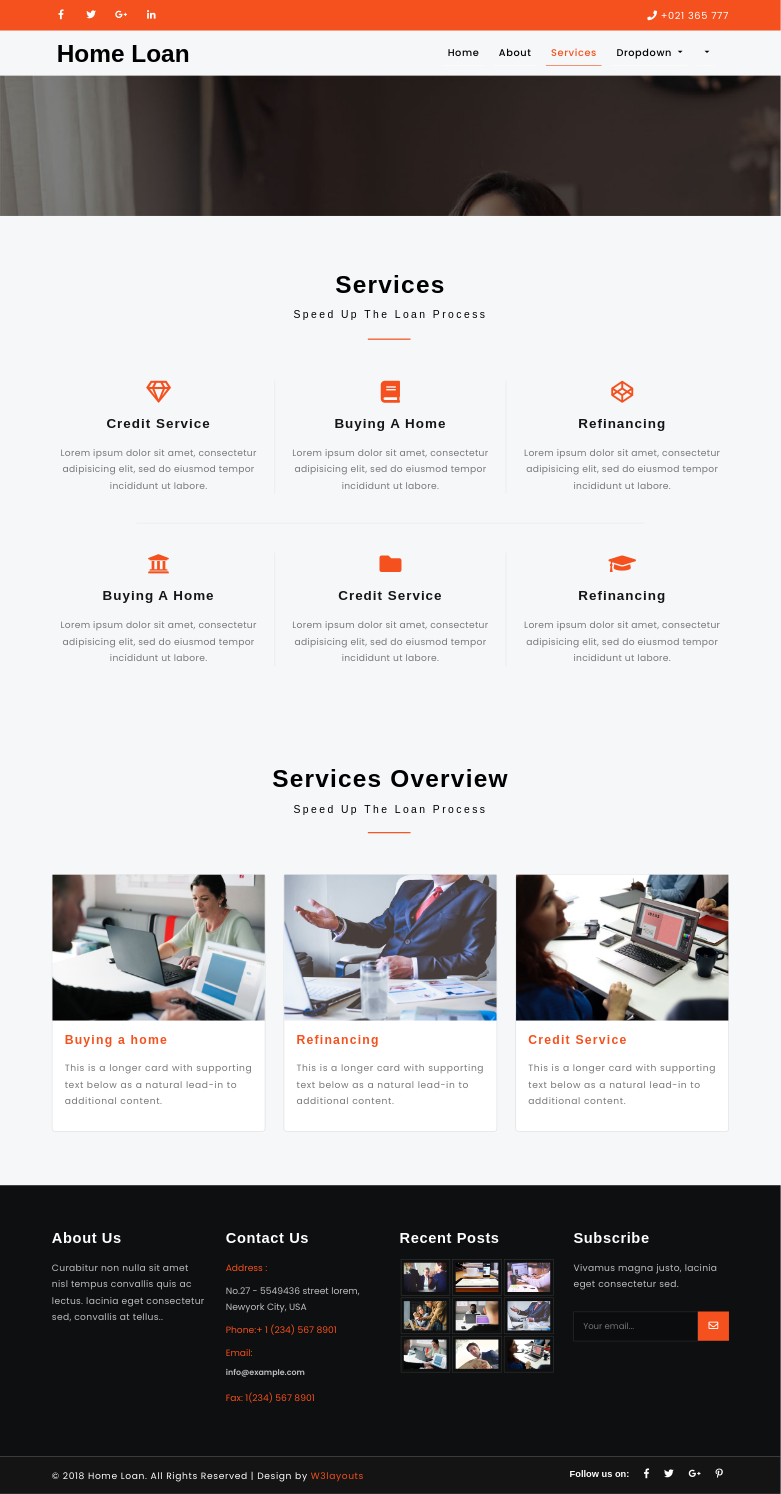
Repository: 72-faisal/Spring-MVC-project
Page: http://localhost/HomeLoan/WEB-INF/views/services.jsp
These files come from the project's save history. The page is drawn as it stood at one moment and after the next save; the edit follows.
The browser window is 1280 px wide. The pictures show the whole page, at 61% of full size.
Some web fonts or font styles are not loaded; a fallback is used. The page is served by Tomcat 9. Nobody is signed in. Other server files are loaded and not shown. The template is opened directly, without the code that normally fills it, so the values that code supplies are empty.

Above is the page before, as saved 2023-12-28 05:26:50.

### HomeLoan/src/main/webapp/WEB-INF/views/services.jsp
<%@ page language="java" contentType="text/html; charset=ISO-8859-1"
    pageEncoding="ISO-8859-1"%>
<%@ page isELIgnored="false" %>
<!--
Author: W3layouts
Author URL: http://w3layouts.com
License: Creative Commons Attribution 3.0 Unported
License URL: http://creativecommons.org/licenses/by/3.0/
-->
<!DOCTYPE HTML>
<html lang="zxx">

<head>
	<title>Home Loan a Banking Category Flat Bootstrap Responsive Website Template | Services :: w3layouts</title>
	<meta name="viewport" content="width=device-width, initial-scale=1">
	<meta charset="utf-8">
	<meta name="keywords" content="Home Loan Responsive web template, Bootstrap Web Templates, Flat Web Templates, Android Compatible web template,
SmartPhone Compatible web template, free WebDesigns for Nokia, Samsung, LG, SonyEricsson, Motorola web design" />
	<script>
		addEventListener("load", function () {
			setTimeout(hideURLbar, 0);
		}, false);

		function hideURLbar() {
			window.scrollTo(0, 1);
		}
	</script>

	<!-- Bootstrap Core CSS -->
	<link href="<%= request.getContextPath() %>/resources/css/bootstrap.css" rel='stylesheet' type='text/css' />
	<link href="<%= request.getContextPath() %>/resources/css/style.css" rel='stylesheet' type='text/css' />
	<!-- font-awesome icons -->
	<link href="<%= request.getContextPath() %>/resources/css/fontawesome-all.min.css" rel="stylesheet">
	<!-- //Custom Theme files -->
	<!-- online fonts -->
	<!-- titles -->
	<link href="//fonts.googleapis.com/css?family=Raleway:300,400,500,600,700,800,900" rel="stylesheet">
	<!-- body -->
	<link href="//fonts.googleapis.com/css?family=Poppins:400,500,600,700,800" rel="stylesheet">
</head>

<body>

	<!-- header -->
	<header>
	<div class="top">
			<div class="container">
				<div class="t-op row">
					<div class="col-sm-6 top-middle">
						<ul>
							<li><a href="#"><i class="fab fa-facebook-f"></i></a></li>
							<li><a href="#"><i class="fab fa-twitter"></i></a></li>
							<li><a href="#"><i class="fab fa-google-plus-g"></i></a></li>
							<li><a href="#"><i class="fab fa-linkedin-in"></i></a></li>
						</ul>
					</div>
					<div class="col-sm-6 top-left">
						<ul>
							<li><i class="fas fa-phone"></i> +021 365 777</li>
						</ul>
					</div>
				</div>
			</div>
		</div>
		<div class="container">
			<nav class="navbar navbar-expand-lg navbar-light">
				<h1>
					<a class="navbar-brand text-capitalize" href="index">
						Home Loan
					</a>
				</h1>
				<button class="navbar-toggler" type="button" data-toggle="collapse" data-target="#navbarSupportedContent" aria-controls="navbarSupportedContent"
				    aria-expanded="false" aria-label="Toggle navigation">
					<span class="navbar-toggler-icon"></span>
				</button>

				<div class="collapse navbar-collapse" id="navbarSupportedContent">
					<ul class="navbar-nav text-center  ml-lg-auto">
						<li class="nav-item mr-3">
							<a class="nav-link" href="index">Home
								<span class="sr-only">(current)</span>
							</a>
						</li>
						<li class="nav-item  mr-3">
							<a class="nav-link" href="about">About</a>
						</li>
						<li class="nav-item  active mr-3">
							<a class="nav-link" href="services">Services</a>
						</li>
						<li class="nav-item dropdown mr-3">
							<a class="nav-link dropdown-toggle" href="#" id="navbarDropdown" role="button" data-toggle="dropdown" aria-haspopup="true"
							    aria-expanded="false">
								Dropdown
							</a>
							<div class="dropdown-menu" aria-labelledby="navbarDropdown">
								<a class="dropdown-item" href="typography">Typography</a>
								<a class="dropdown-item" href="gallery">Gallery</a>
							</div>
						</li>
						<li class="nav-item dropdown mr-3">
							<a class="nav-link dropdown-toggle" href="#" id="navbarDropdown" role="button" data-toggle="dropdown" aria-haspopup="true"
							    aria-expanded="false">
								${user.name }
							</a>
							<div class="dropdown-menu" aria-labelledby="navbarDropdown">
								<a class="dropdown-item" href="UserProfile">Profile</a>
								<a class="dropdown-item" href="UserChangePassword">Change Password</a>
								<a class="dropdown-item" href="UserLogout">Logout</a>
							</div>
						</li>
					<!-- 	<li class="nav-item">
							<a class="nav-link" href="contact">contact</a>
						</li> -->
					</ul>
				</div>
			</nav>
		</div>
	</header>
	<!-- //header -->
	<!-- banner -->
	<section class="banner-1">
	</section>
	<!-- //banner -->
		<!-- /services -->
<section class="what_you w3-about py-5">
		<div class="container py-md-4 mt-md-3">
			<h2 class="heading-agileinfo">Services <span>Speed Up The Loan Process</span></h2>
			<span class="w3-line black"></span>
			<div class="row about-info-grids mt-md-5 pt-5">
				<div class="col-md-4 about-info about-info1">
					<i class="far fa-gem"></i>
					<h4>Credit Service</h4>
					<div class="h4-underline"></div>
					<p>Lorem ipsum dolor sit amet, consectetur adipisicing elit, sed do eiusmod tempor incididunt ut labore.</p>
				</div>
				<div class="col-md-4 about-info about-info2">
					<i class="fas fa-book"></i>
					<h4>Buying a home</h4>
					<div class="h4-underline"></div>
					<p>Lorem ipsum dolor sit amet, consectetur adipisicing elit, sed do eiusmod tempor incididunt ut labore.</p>
				</div>
				<div class="col-md-4 about-info about-info3">
					<i class="fab fa-codepen"></i>
					<h4>Refinancing</h4>
					<div class="h4-underline"></div>
					<p>Lorem ipsum dolor sit amet, consectetur adipisicing elit, sed do eiusmod tempor incididunt ut labore.</p>
				</div>
			</div>
			<div class="bord"></div>
			<div class="row about-info-grids">
				<div class="col-md-4 about-info about-info1">
					<i class="fas fa-university"></i>
					<h4>Buying a home</h4>
					<div class="h4-underline"></div>
					<p>Lorem ipsum dolor sit amet, consectetur adipisicing elit, sed do eiusmod tempor incididunt ut labore.</p>
				</div>
				<div class="col-md-4 about-info about-info2">
					<i class="fas fa-folder"></i>
					<h4>Credit Service</h4>
					<div class="h4-underline"></div>
					<p>Lorem ipsum dolor sit amet, consectetur adipisicing elit, sed do eiusmod tempor incididunt ut labore.</p>
				</div>
				<div class="col-md-4 about-info about-info3">
					<i class="fas fa-graduation-cap"></i>
					<h4>Refinancing</h4>
					<div class="h4-underline"></div>
					<p>Lorem ipsum dolor sit amet, consectetur adipisicing elit, sed do eiusmod tempor incididunt ut labore.</p>
				</div>
			</div>
	</div>
</section>

<!-- //services -->
<!-- news -->
	<section class="wthree-row w3-about py-5">
		<div class="container py-md-4 mt-md-3">
			<h3 class="heading-agileinfo">Services Overview <span>Speed Up The Loan Process</span></h3>
			<span class="w3-line black"></span>
			<div class="card-deck mt-md-5 pt-5">
				  <div class="card">
					<img src="<%= request.getContextPath() %>/resources/images/g7.jpg" class="img-fluid" alt="Card image cap">
					<div class="card-body w3ls-card">
					  <h5 class="card-title">Buying a home</h5>
					  <p class="card-text mb-3 ">This is a longer card with supporting text below as a natural lead-in to additional content.</p>
					</div>

				  </div>
				  <div class="card">
					<img src="<%= request.getContextPath() %>/resources/images/g6.jpg" class="img-fluid" alt="Card image cap">
					<div class="card-body w3ls-card">
					  <h5 class="card-title">Refinancing</h5>
					   <p class="card-text mb-3 ">This is a longer card with supporting text below as a natural lead-in to additional content.</p>
					</div>

				  </div>
				  <div class="card">
					<img src="<%= request.getContextPath() %>/resources/images/g8.jpg" class="img-fluid" alt="Card image cap">
					<div class="card-body w3ls-card">
					  <h5 class="card-title">Credit Service</h5>
					   <p class="card-text mb-3">This is a longer card with supporting text below as a natural lead-in to additional content.</p>
					</div>

				  </div>
				</div>
            </div>
        </section>
<!-- //news -->
<!--footer-->
	<footer>
		<div class="container py-md-4 mt-md-3">
			<div class="row footer-top-w3layouts-agile py-5">
				<div class="col-lg-3 col-md-6 col-sm-6 footer-grid">
					<div class="footer-title">
						<h3>About Us</h3>
					</div>
					<div class="footer-text">
						<p>Curabitur non nulla sit amet nisl tempus convallis quis ac lectus. lacinia eget consectetur sed, convallis at tellus..</p>

					</div>
				</div>
				<div class="col-lg-3 col-md-6 col-sm-6 footer-grid">
					<div class="footer-title">
						<h3>Contact Us</h3>
					</div>
					<div class="footer-office-hour">
						<ul>
							<li class="hd">Address :</li>
							<li>No.27 - 5549436 street lorem, Newyork City, USA</li>

						</ul>
						<ul>
							<li class="hd">Phone:+ 1 (234) 567 8901</li>
							<li class="hd">Email:
								<a href="mailto:info@example.com">info@example.com</a>
							</li>
							<li class="hd">Fax: 1(234) 567 8901</li>
						</ul>
					</div>
				</div>
				<div class="col-lg-3 col-md-6 col-sm-6 footer-grid">
					<div class="footer-title">
						<h3>Recent Posts</h3>
					</div>
					<div class="footer-list">
						<div class="flickr-grid">
							<a href="#" data-toggle="modal" data-target="#myModal">
								<img src="<%= request.getContextPath() %>/resources/images/g1.jpg" class="img-fluid" alt=" ">
							</a>
						</div>
						<div class="flickr-grid">
							<a href="#" data-toggle="modal" data-target="#myModal">
								<img src="<%= request.getContextPath() %>/resources/images/g2.jpg" class="img-fluid" alt=" ">
							</a>
						</div>
						<div class="flickr-grid">
							<a href="#" data-toggle="modal" data-target="#myModal">
								<img src="<%= request.getContextPath() %>/resources/images/g3.jpg" class="img-fluid" alt=" ">
							</a>
						</div>
						<div class="flickr-grid">
							<a href="#" data-toggle="modal" data-target="#myModal">
								<img src="<%= request.getContextPath() %>/resources/images/g4.jpg" class="img-fluid" alt=" ">
							</a>
						</div>
						<div class="flickr-grid">
							<a href="#" data-toggle="modal" data-target="#myModal">
								<img src="<%= request.getContextPath() %>/resources/images/g5.jpg" class="img-fluid" alt=" ">
							</a>
						</div>
						<div class="flickr-grid">
							<a href="#" data-toggle="modal" data-target="#myModal">
								<img src="<%= request.getContextPath() %>/resources/images/g6.jpg" class="img-fluid" alt=" ">
							</a>
						</div>
						<div class="flickr-grid">
							<a href="#" data-toggle="modal" data-target="#myModal">
								<img src="<%= request.getContextPath() %>/resources/images/g7.jpg" class="img-fluid" alt=" ">
							</a>
						</div>
						<div class="flickr-grid">
							<a href="#" data-toggle="modal" data-target="#myModal">
								<img src="<%= request.getContextPath() %>/resources/images/g9.jpg" class="img-fluid" alt=" ">
							</a>
						</div>
						<div class="flickr-grid">
							<a href="#" data-toggle="modal" data-target="#myModal">
								<img src="<%= request.getContextPath() %>/resources/images/g8.jpg" class="img-fluid" alt=" ">
							</a>
						</div>
						<div class="clearfix"></div>
					</div>
				</div>
				<div class="col-lg-3 col-md-6 col-sm-6 footer-grid">
					<div class="footer-title">
						<h3>Subscribe</h3>
					</div>
					<p>Vivamus magna justo, lacinia eget consectetur sed.</p>
					<form action="#" method="post" class="newsletter">
						<input class="email" type="email" placeholder="Your email..." required="">
						<button class="btn1">
							<i class="far fa-envelope"></i>
						</button>
					</form>
					<div class="clearfix"></div>
				</div>
			</div>
		</div>
	</footer>
	<!---->
	<div class="copyright py-3">
		<div class="container">
			<div class="copyrighttop">
				<ul>
					<li>
						<h4>Follow us on:</h4>
					</li>
					<li>
						<a class="facebook" href="#">
							<i class="fab fa-facebook-f"></i>
						</a>
					</li>
					<li>
						<a class="facebook" href="#">
							<i class="fab fa-twitter"></i>
						</a>
					</li>
					<li>
						<a class="facebook" href="#">
							<i class="fab fa-google-plus-g"></i>
						</a>
					</li>
					<li>
						<a class="facebook" href="#">
							<i class="fab fa-pinterest-p"></i>
						</a>
					</li>
				</ul>
			</div>
			<div class="copyrightbottom">
				<p>© 2018 Home Loan. All Rights Reserved | Design by
					<a href="http://w3layouts.com/">W3layouts</a>
				</p>
			</div>
			<div class="clearfix"></div>
		</div>
	</div>
	<!-- Modal -->
<div class="modal fade" id="myModal" tabindex="-1" role="dialog" aria-labelledby="exampleModalCenterTitle" aria-hidden="true">
  <div class="modal-dialog modal-dialog-centered" role="document">
    <div class="modal-content">
      <div class="modal-header">
        <h4 class="modal-title">Home Loan</h4>
        <button type="button" class="close" data-dismiss="modal" aria-label="Close">
          <span aria-hidden="true">&times;</span>
        </button>
      </div>
      <div class="modal-body">
		 <div class="agileits-w3layouts-info">
			<img src="<%= request.getContextPath() %>/resources/images/g6.jpg" class="img-fluid" alt="" />
			<p>Duis venenatis, turpis eu bibendum porttitor, sapien quam ultricies tellus, ac rhoncus risus odio eget nunc. Pellentesque ac fermentum diam. Integer eu facilisis nunc, a iaculis felis. Pellentesque pellentesque tempor enim, in dapibus turpis porttitor quis. </p>
		</div>
	</div>
      <div class="modal-footer">
        <button type="button" class="btn btn-secondary" data-dismiss="modal">Close</button>
        <button type="button" class="btn btn-primary">Save changes</button>
      </div>
    </div>
  </div>
</div>
<!-- //Modal -->
<!-- js-->
	<script src="<%= request.getContextPath() %>/resources/js/jquery-2.2.3.min.js"></script>
<!-- js-->
	<!-- Bootstrap Core JavaScript -->
	<script src="<%= request.getContextPath() %>/resources/js/bootstrap.js ">
	</script>
	<!-- //Bootstrap Core JavaScript -->
</body>
</html>

Loaded but not shown: HomeLoan/src/main/webapp/WEB-INF/resources/assets/css/bootstrap.css (library); HomeLoan/src/main/webapp/WEB-INF/resources/assets/css/fontawesome-all.min.css (library); HomeLoan/src/main/webapp/WEB-INF/resources/assets/js/jquery-2.2.3.min.js (library); HomeLoan/src/main/webapp/WEB-INF/resources/assets/js/bootstrap.js (library); HomeLoan/src/main/webapp/WEB-INF/resources/assets/css/style.css (2094 lines, source omitted)

After the next save:
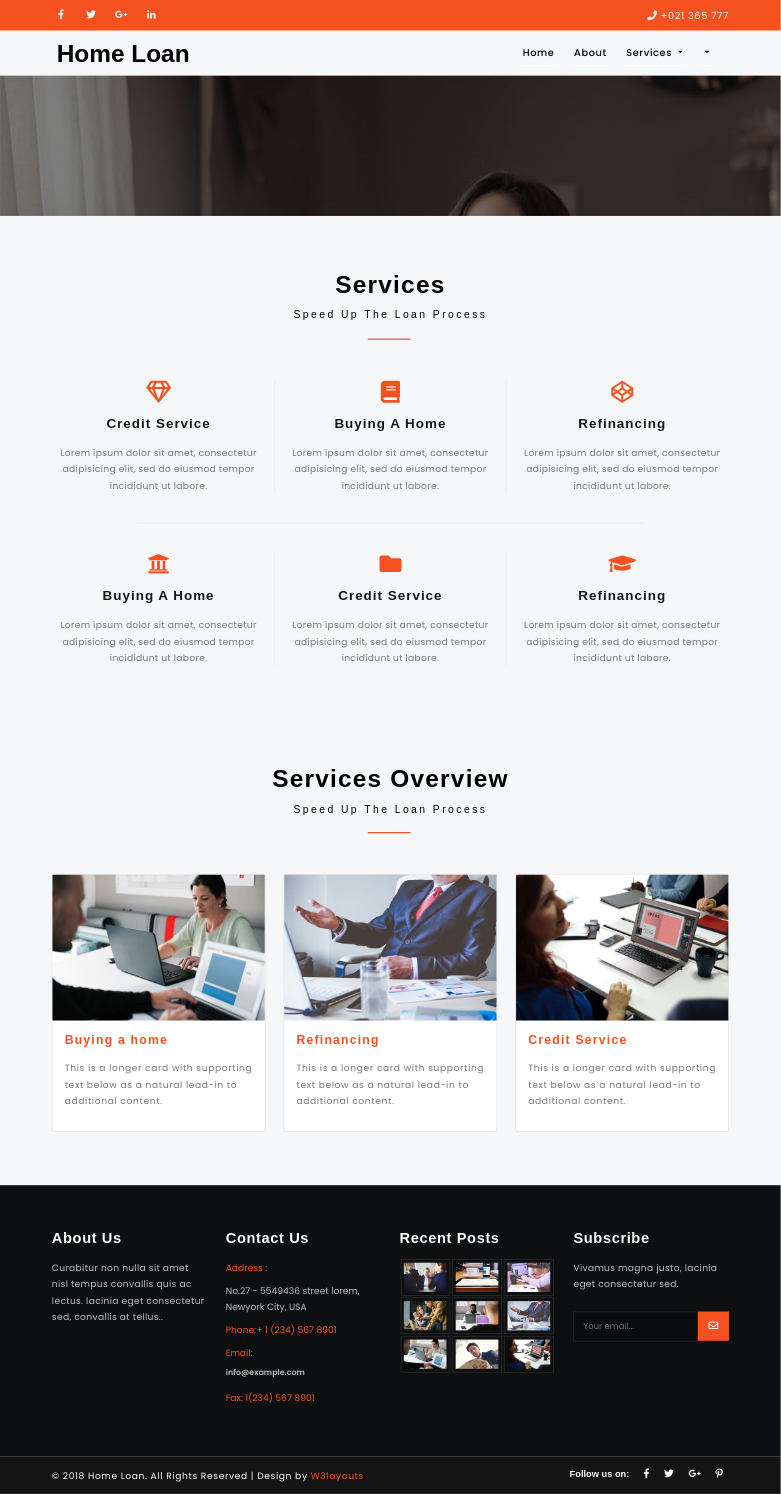
Saved 3 min 51 s later.
--- a/HomeLoan/src/main/webapp/WEB-INF/views/services.jsp
+++ b/HomeLoan/src/main/webapp/WEB-INF/views/services.jsp
@@ -84,17 +84,16 @@ SmartPhone Compatible web template, free WebDesigns for Nokia, Samsung, LG, Sony
 						<li class="nav-item  mr-3">
 							<a class="nav-link" href="about">About</a>
 						</li>
-						<li class="nav-item  active mr-3">
-							<a class="nav-link" href="services">Services</a>
-						</li>
+
 						<li class="nav-item dropdown mr-3">
 							<a class="nav-link dropdown-toggle" href="#" id="navbarDropdown" role="button" data-toggle="dropdown" aria-haspopup="true"
 							    aria-expanded="false">
-								Dropdown
+								Services
 							</a>
 							<div class="dropdown-menu" aria-labelledby="navbarDropdown">
-								<a class="dropdown-item" href="typography">Typography</a>
-								<a class="dropdown-item" href="gallery">Gallery</a>
+								<a class="dropdown-item" href="typography">Apply Online</a>
+								<a class="dropdown-item" href="gallery">Approved Project</a>
+								<a class="dropdown-item" href="gallery">Loan Calculator</a>
 							</div>
 						</li>
 						<li class="nav-item dropdown mr-3">
